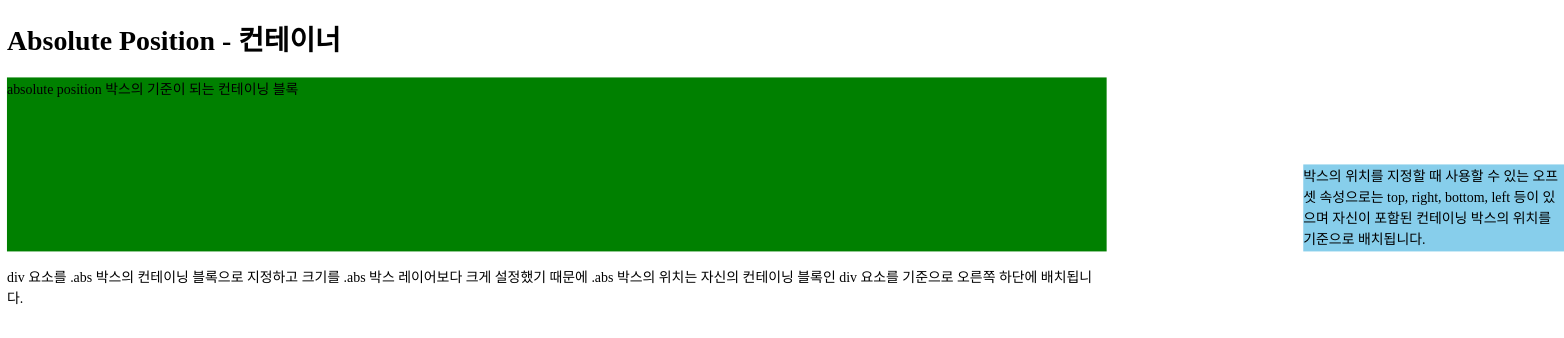
Repository: gus-123/Edu_KCC_HTML
Page: CSS/WebContent/css_exam06.html
These files come from the project's save history. The page is drawn as it stood at one moment and after the next save; the edit follows.
The browser window is 1280 px wide. The page is 1798 px wide, then 1698 px, so the pictures cover 1798 px, including what lies to the right of the window. The pictures show the whole page, at 87% of full size.

Above is the page before, as saved 2024-07-09 05:41:46.

### CSS/WebContent/css_exam06.html
<!DOCTYPE html PUBLIC "-//W3C//DTD XHTML 1.0 Transitional//EN" "http://www.w3.org/TR/xhtml1/DTD/xhtml1-transitional.dtd">
<html xmlns="http://www.w3.org/1999/xhtml" xml:lang="ko">
<head>
<title>absolute position의 컨테이닝 박스</title>
<meta http-equiv="content-type" content="text/html; charset=euc-kr" />
<style type="text/css">
div {
	width: 100%;
	height: 200px;
	position: relative;
	background-color: green;
}

p.abs {
	width: 300px;
	height: 100px;
	position: absolute;
	background-color: skyblue;
	top: 84px;
	left:1490px;
}
</style>
</head>
<body>
	<h1>Absolute Position - 컨테이너</h1>
	<div>
		<p>absolute position 박스의 기준이 되는 컨테이닝 블록</p>
		<p class="abs">박스의 위치를 지정할 때 사용할 수 있는 오프셋 속성으로는 top, right,
			bottom, left 등이 있으며 자신이 포함된 컨테이닝 박스의 위치를 기준으로 배치됩니다.</p>
	</div>
	<p>div 요소를 .abs 박스의 컨테이닝 블록으로 지정하고 크기를 .abs 박스 레이어보다 크게 설정했기 때문에
		.abs 박스의 위치는 자신의 컨테이닝 블록인 div 요소를 기준으로 오른쪽 하단에 배치됩니다.</p>
</body>
</html>

After the next save:
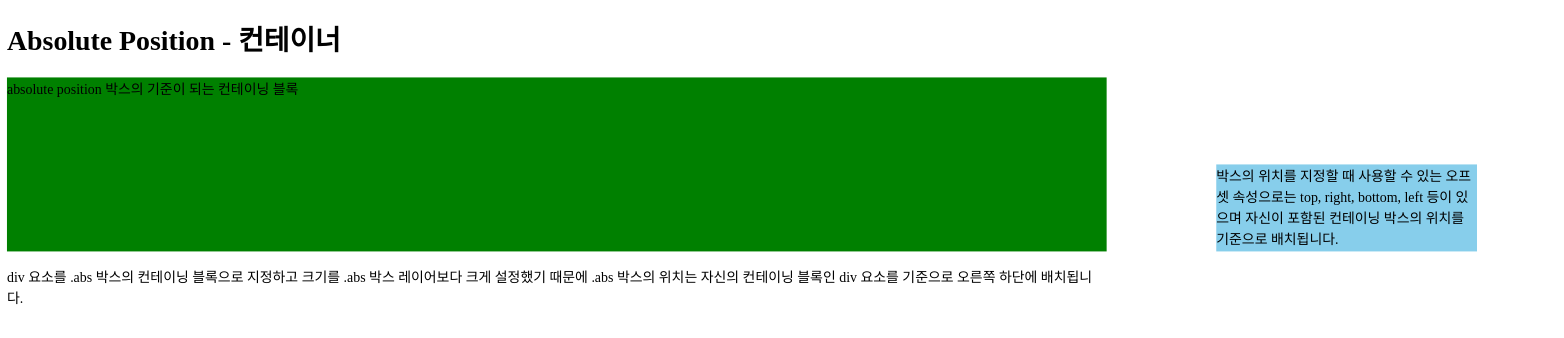
Saved 16 s later.
--- a/CSS/WebContent/css_exam06.html
+++ b/CSS/WebContent/css_exam06.html
@@ -17,7 +17,7 @@ p.abs {
 	position: absolute;
 	background-color: skyblue;
 	top: 84px;
-	left:1490px;
+	left:1390px;
 }
 </style>
 </head>
